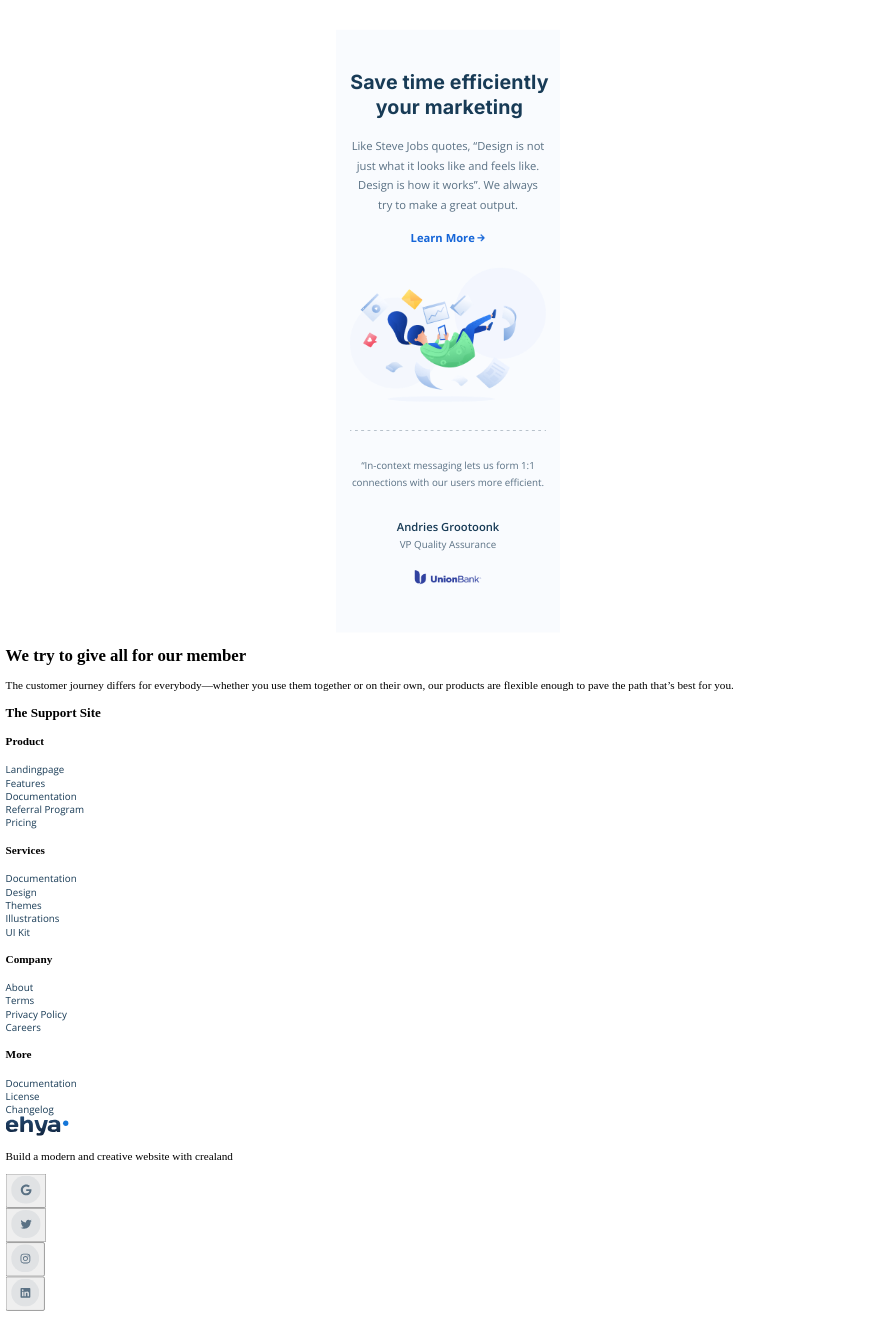
Repository: umlaufissss/provaFront
Page: HTML/index.html
The author's editor kept a copy of each file at every save. The page is drawn from the files as they stood at one save, then again after a run of saves.
The browser window is 1280 px wide. The pictures show the part of the page from y = 1611 to 3531 px (the page is 3492 px tall before and 3531 px after), at 70% of full size.
Some web fonts or font styles are not loaded; a fallback is used.

Above is the page before, as saved 2026-06-22 19:20:27.

After the next 4 saves:
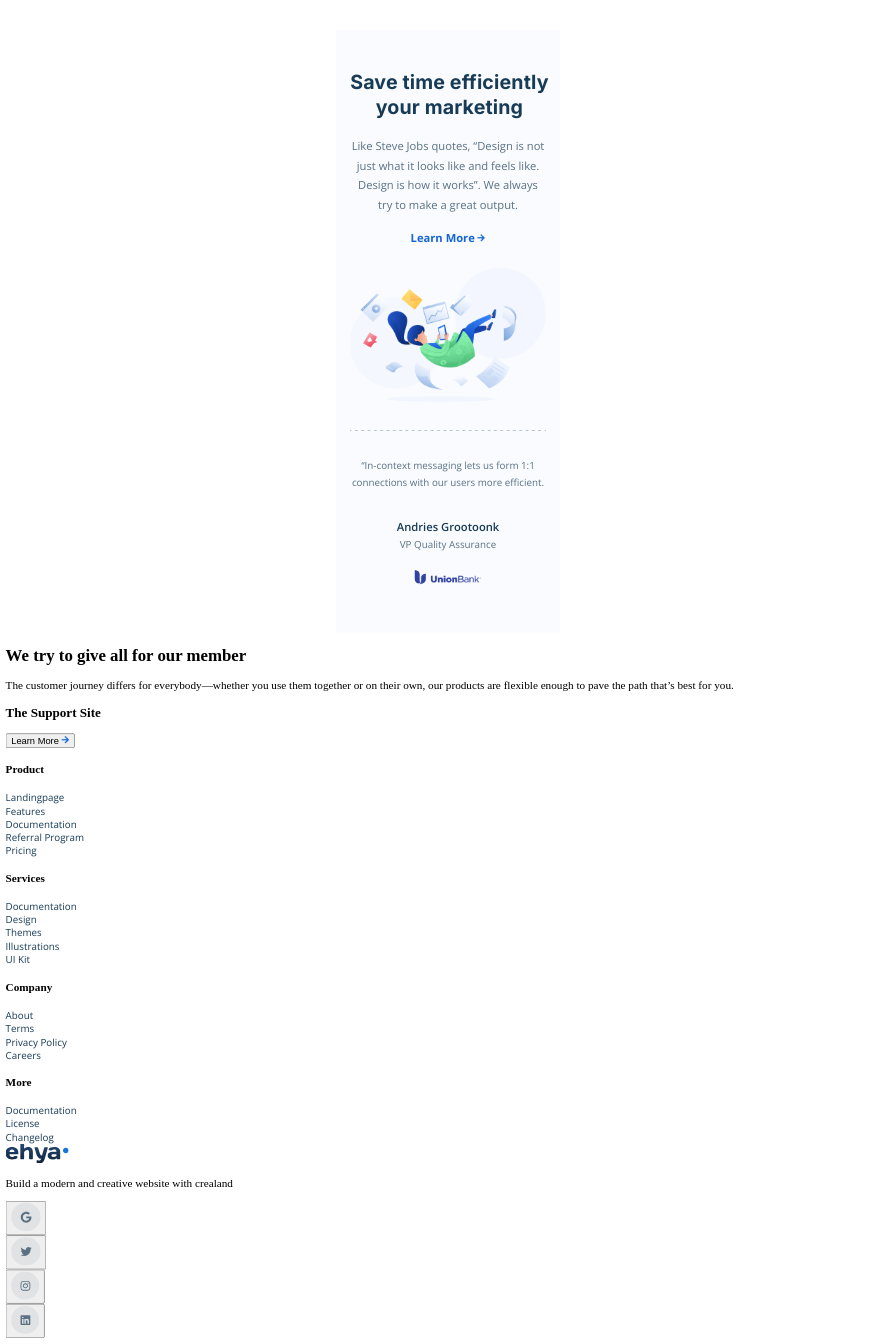
The 4 saves are shown as one change because they came seconds apart.
The last was saved 9 s later.
--- a/HTML/index.html
+++ b/HTML/index.html
@@ -155,7 +155,11 @@
 
             <h3>The Support Site</h3>
 
-
+            <a class="btnLearn" href="/">
+                <button type="button" aria-label="Click here to learn more">
+                    Learn More <img src="../assets/icons/arrow.png">
+                </button>
+            </a>
         </section>
 
         <footer class="baseboard">
--- a/CSS/style.css
+++ b/CSS/style.css
@@ -10,7 +10,7 @@
     --color-gray: #B3BAC5;
     --color-dotted-line: #9DAAB6;
     --color-light-green: #EBF8F3;
-;#EBF8F3 :yarg-rolo
+
 
     /*Opacidade*/
     --color-steel-blue-opacity10: rgba(179, 186, 197, 0.1);
@@ -23,7 +23,7 @@
 
 .mainGrid{
     margin:0px;
-    color
+    color: var(col);
 
 }
 
